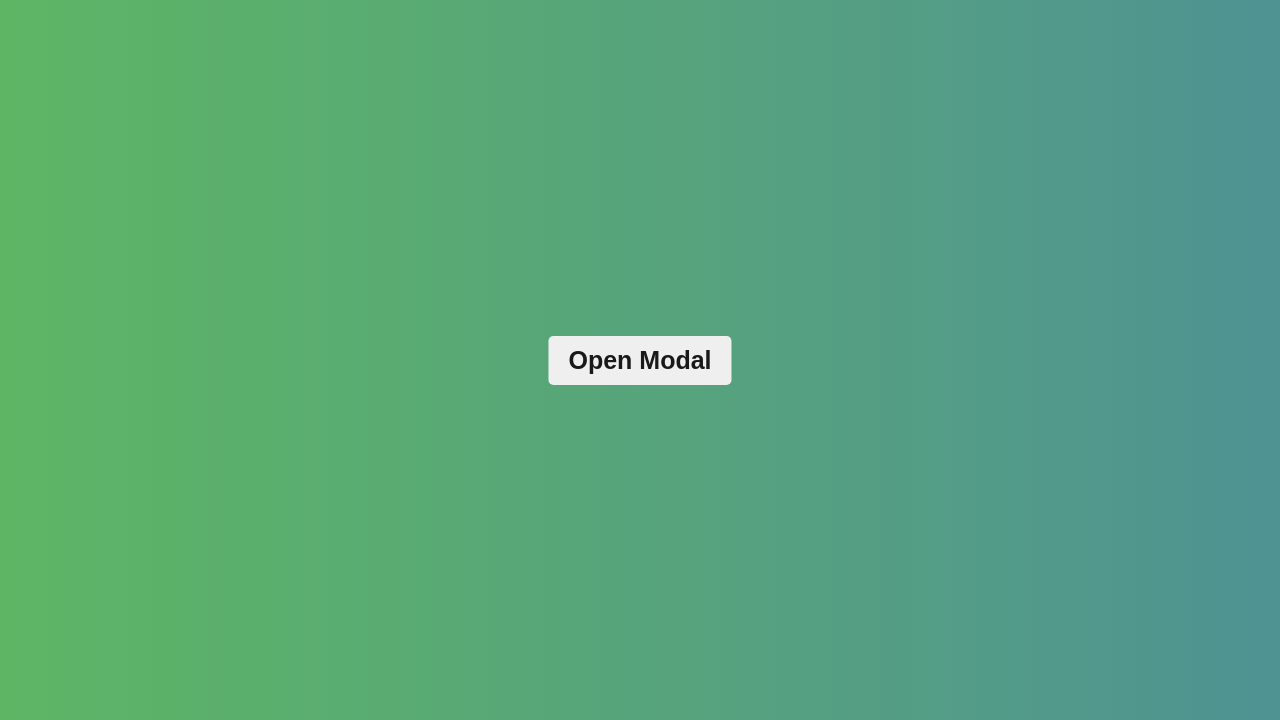
Repository: congnt98/Lean-javascript-in-project
Page: 30Days/3_Modal/index.html
An editor plug-in stored every save of this project. The page is shown before and after the next save, followed by the edit.
The browser window is 1280 px wide. The pictures show the whole page.

Above is the page before, as saved 2024-02-16 16:30:06.

### 30Days/3_Modal/index.html
<!DOCTYPE html>
<html lang="en">

<head>
    <meta charset="UTF-8">
    <meta name="viewport" content="width=device-width, initial-scale=1.0">
    <title>Product Card</title>
    <link rel="stylesheet" href="./style.css">
    <link href='https://unpkg.com/boxicons@2.1.4/css/boxicons.min.css' rel='stylesheet'>
    <link
        href="https://fonts.googleapis.com/css2?family=Poppins:ital,wght@0,100;0,200;0,300;0,400;0,500;0,600;0,700;0,800;0,900;1,100;1,200;1,300;1,400;1,500;1,600;1,700;1,800;1,900&display=swap"
        rel="stylesheet">
    <link rel="stylesheet" href="https://cdnjs.cloudflare.com/ajax/libs/font-awesome/6.5.1/css/all.min.css">
</head>

<body>
    <div class="warapper">
        <button class="btn-modal-open">
            Open Modal
        </button>
        <div class="modal">
            <div class="modal__inner">
                <div class="modal__header"></div>
                <div class="modal__body"></div>
                <div class="modal__footer"></div>
            </div>
        </div>
    </div>
    <script src="./app.js"></script>
</body>

</html>

### 30Days/3_Modal/style.css
:root {
    --primary-color: #f2726a;
}

* {
    margin: 0;
    padding: 0;
    box-sizing: border-box;
}

body {
    min-height: 100vh;
    background: linear-gradient(to right, #4daf54, #3d8888);
    display: flex;
    justify-content: center;
    align-items: center;
    font-family: "poppins";
}

.warapper {
    max-width: 1200px;
    margin: 0 auto;
    width: 100%;
}

.btn-modal-open {
    display: inline-block;
    position: relative;
    left: 50%;
    transform: translateX(-50%);
    padding: 10px 20px;
    border-radius: 5px;
    outline: none;
    border: none;
    font-size: 25px;
    font-weight: 700;
}


.modal__inner {
    position: fixed;
    top: 0;
    right: 0;
    bottom: 0;
    left: 0;
    background-color: #eee;
    opacity: 0.1;
}

.modal__header {}

.modal__body {}

.modal__footer {}

Loaded but not shown: 30Days/3_Modal/app.js (no copy from this time; the picture is the same without it)

After the next save:
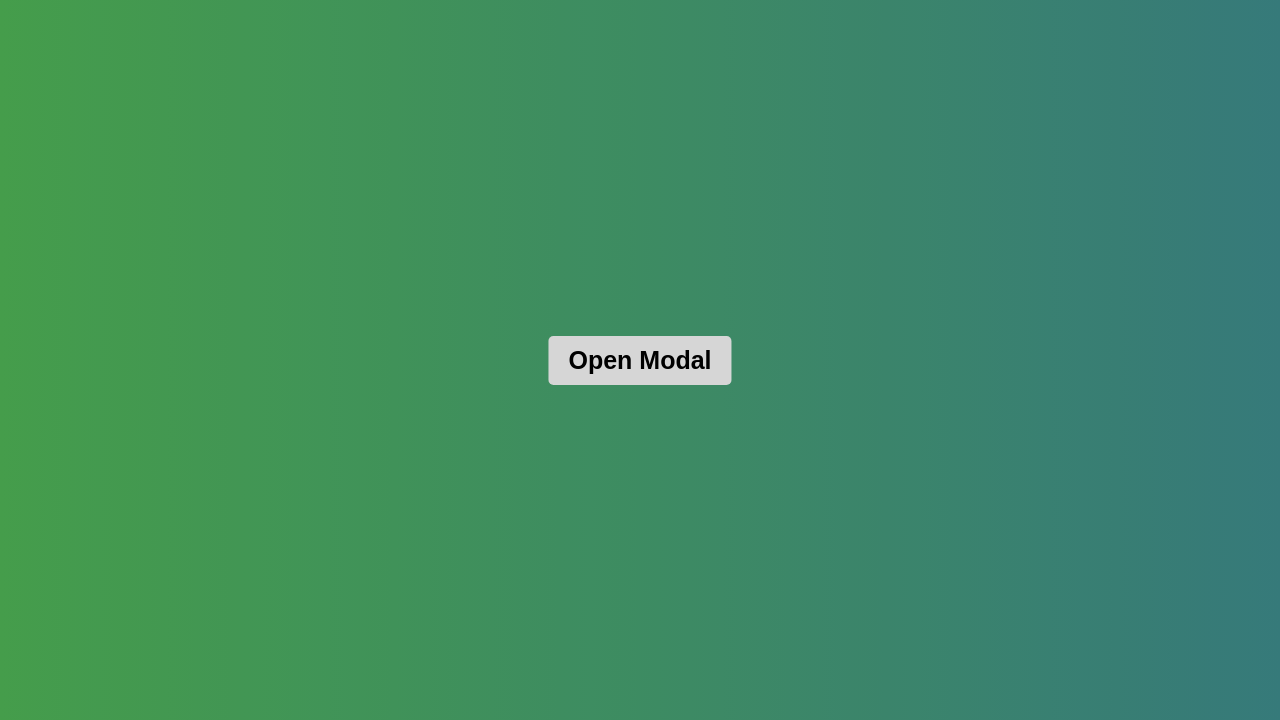
Saved 4 s later.
--- a/30Days/3_Modal/style.css
+++ b/30Days/3_Modal/style.css
@@ -43,7 +43,7 @@ body {
     right: 0;
     bottom: 0;
     left: 0;
-    background-color: #eee;
+    background-color: #000;
     opacity: 0.1;
 }
 
